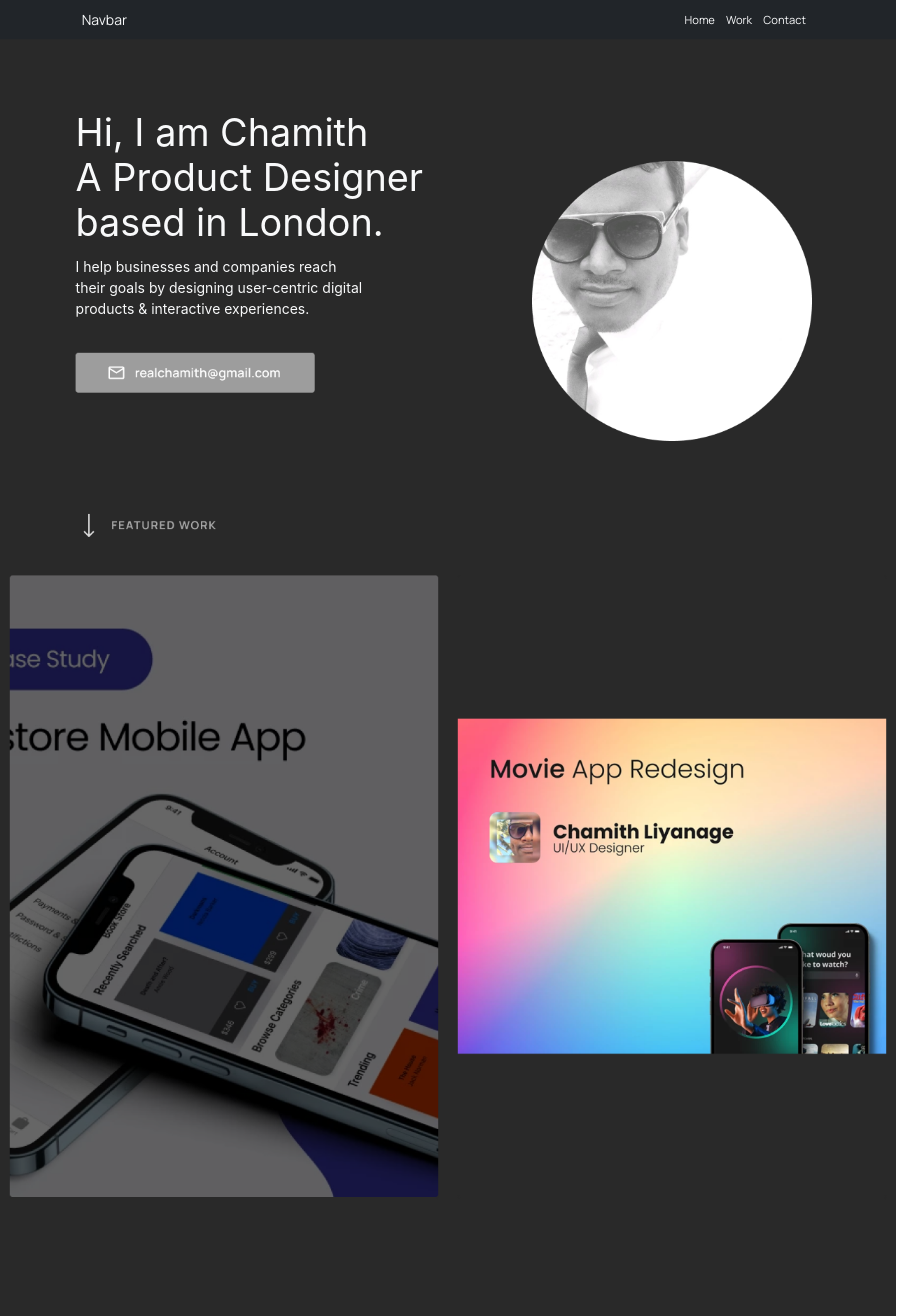
Repository: Realchamithweb/chamith-html
Page: index.html
These files come from the project's save history. The page is drawn as it stood at one moment and after the next save; the edit follows.
The browser window is 1280 px wide. The page is 1292 px wide, so the pictures cover 1292 px, including what lies to the right of the window. The pictures show the part of the page from y = 0 to 1880 px (the page is 4207 px tall before and 4169 px after), at 70% of full size.

Above is the page before, as saved 2023-01-04 16:28:53.

### index.html
<!doctype html>
<html lang="en">
  <head>
    <!-- Required meta tags -->
    <meta charset="utf-8">
    <meta name="viewport" content="width=device-width, initial-scale=1">
    <link rel="stylesheet" href="/css/style.css">
    <link rel="script" href="/js/main.js">
    <!-- Bootstrap CSS -->
    <link href="https://cdn.jsdelivr.net/npm/bootstrap@5.0.2/dist/css/bootstrap.min.css" rel="stylesheet" integrity="sha384-EVSTQN3/azprG1Anm3QDgpJLIm9Nao0Yz1ztcQTwFspd3yD65VohhpuuCOmLASjC" crossorigin="anonymous">
    <link rel="stylesheet" href="https://fonts.googleapis.com/css?family=Manrope">
    <title>Hello, world!</title>
  </head>
  <body>
    <div class="main">
            <div class="head">
                <nav class="navbar navbar-expand-lg navbar-light bg-dark">
                    <div class="container-fluid">
                        <div class="col-md-1"></div>
                    <a class="navbar-brand col-md-8 text-light" href="#">Navbar</a>
                    <button class="navbar-toggler" type="button" data-bs-toggle="collapse" data-bs-target="#navbarNavDropdown" aria-controls="navbarNavDropdown" aria-expanded="false" aria-label="Toggle navigation">
                        <span class="navbar-toggler-icon"></span>
                    </button>
                    <div class="collapse navbar-collapse" id="navbarNavDropdown">
                        <ul class="navbar-nav">
                        <li class="nav-item">
                            <a class="nav-link active text-light" aria-current="page" href="#">Home</a>
                        </li>
                        <li class="nav-item">
                            <a class="nav-link text-light" href="/work.html">Work</a>
                        </li>
                        <li class="nav-item">
                            <a class="nav-link text-light" href="/contact.html">Contact</a>
                        </li>
                        </ul>
                    </div>
                    </div>
                </nav>
            </div>

            <section>
            <div class="hero">
                <div class="container-fluid">
                    <div class="row">
                        <div class="col-lg-6">
                            <p class="hero-title text-light mt-5">Hi, I am Chamith<br>
                                A Product Designer<br>
                                based in London.
                            </p>
                            <p class="hero-text text-light mt-2">
                                I help businesses and companies reach <br>
                                their goals by designing user-centric digital <br>
                                products & interactive experiences.
                            </p>
                            <div class="mt-5">
                                <img src="/inc/Btn.png" class="hero-btn">
                            </div>
                        </div>
                        <div class="col-lg-6 d-flex justify-content-center mt-4">
                            <img src="/inc/unsplash_XHVpWcr5grQ.png"" class="hero-img">
                        </div>
                    </div>
                </div>
            </div>
            </section>
            <section>
            <div class="Featured-Work">
                <div class="container-fluid">
                    <div class="row mt-5">
                        <div class="col-lg-1  mb-5"></div>
                        <div class="col-lg-10  mb-5 mt-5">
                            <img src="/inc/Featured.png" class="img00">
                        </div>
                        <div class="col-lg-6 d-flex justify-content-center">
                            <img src="/inc/unsplash_mxPiMiz7KCo.png" class="img01">

                        </div>
                        <div class="col-lg-6 d-flex justify-content-center">
                            <img src="/inc/unsplash_g-pKprPg5yw.png" class="img02">
                        </div>
                    </div>
                </div>
                <div class="container-fluid">
                    <div class="row">
                        <div class="col-lg-6 d-flex justify-content-center">
                            <img src="/inc/unsplash_pqzRfBhd9r0.png" class="img01">
                        </div>
                        <div class="col-lg-6 d-flex justify-content-center">
                            <img src="/inc/unsplash_x-HpilsdKEk.png" class="img01">
                        </div>
                    </div>
                </div>
            </div>
            </section>
            <section>
                <div class="Visual-Explorations mb-5">
                    <div class="container-fluild">
                        <div class="row">
                            <div class="col-lg-12 d-flex justify-content-center text-light h1 mt-5 mb-5">Visual Explorations</div>
                            <div class="col-lg-4 d-flex justify-content-center">
                                <img src="/inc/unsplash_fd6K_OFlnRA.png" class="img01">
                            </div>
                            <div class="col-lg-4 d-flex justify-content-center">
                                <img src="/inc/unsplash_Glel-RswQqM.png" class="img01">
                            </div>
                            <div class="col-lg-4 d-flex justify-content-center">
                                <img src="/inc/unsplash_pPTw_RTkvXQ.png" class="img01">
                            </div>
                        </div>
                    </div>
                </div>
            </section>
            <section>
                <div class="Personal-Projects">
                    <div class="container-fluild">
                        <div class="row">
                            <div class="col-lg-12 d-flex justify-content-center text-light h1 mt-5">Personal Projects</div>
                            <div class="col-lg-4 d-flex justify-content-center">
                                <img src="/inc/Rectangle 4.png" class="img01">
                            </div>
                            <div class="col-lg-4 d-flex justify-content-center">
                                <img src="/inc/Rectangle 4-1.png" class="img01">
                            </div>
                            <div class="col-lg-4 d-flex justify-content-center">
                                <img src="/inc/Rectangle 4-2.png" class="img01">
                            </div>
                        </div>
                    </div>
                </div>
            </section>
            <section>
                <div class="contact-me">
                    <div class="container-fluild">
                        <div class="row">
                                <h2 class="text-light d-flex justify-content-center mb-5">Contact Me</h2>
                                <p class="text-light d-flex text-center justify-content-center h5 mb-5">If you are looking to hire a product designer,<br>
                                    I’m currently available for freelance work</p>
                                <div class="col-lg-12 d-flex justify-content-center mb-5">
                                    <img src="/inc/Btn.png" class="img02">
                                </div>
                        </div>
                    </div>
                </div>
            </section>
            <section>
                <div class="footer">
                    <div class="container-fluild">
                        <div class="row">
                            <hr class="text-light">
                            <div class="col-lg-4 text-center text-light mb-3">Made by Chamith — Copyright 2022</div>
                            <div class="col-lg-4 mb-3"></div>
                            <div class="col-lg-4 mb-3"><img src="/inc/Icons.png" class="img02"></div>
                        </div>
                    </div>
                </div>
            </section>

    </div>




    <!-- Optional JavaScript; choose one of the two! -->

    <!-- Option 1: Bootstrap Bundle with Popper -->
    <script src="https://cdn.jsdelivr.net/npm/bootstrap@5.0.2/dist/js/bootstrap.bundle.min.js" integrity="sha384-MrcW6ZMFYlzcLA8Nl+NtUVF0sA7MsXsP1UyJoMp4YLEuNSfAP+JcXn/tWtIaxVXM" crossorigin="anonymous"></script>

    <!-- Option 2: Separate Popper and Bootstrap JS -->
    <!--
    <script src="https://cdn.jsdelivr.net/npm/@popperjs/core@2.9.2/dist/umd/popper.min.js" integrity="sha384-IQsoLXl5PILFhosVNubq5LC7Qb9DXgDA9i+tQ8Zj3iwWAwPtgFTxbJ8NT4GN1R8p" crossorigin="anonymous"></script>
    <script src="https://cdn.jsdelivr.net/npm/bootstrap@5.0.2/dist/js/bootstrap.min.js" integrity="sha384-cVKIPhGWiC2Al4u+LWgxfKTRIcfu0JTxR+EQDz/bgldoEyl4H0zUF0QKbrJ0EcQF" crossorigin="anonymous"></script>
    -->
  </body>
</html>

### css/style.css
.main{
    background-color: #292929;
    font-family: 'Manrope', serif;

}

.hero{
    margin-top: 54px;
}

.hero-img{
    margin-top: 6em;
}

.hero-title{
    font-family: 'Inter';
    font-style: normal;
    font-weight: 400;
    font-size: 54px;
    line-height: 64px;
    margin-left: 96px;
}

.hero-text{
    font-family: 'Inter';
    font-style: normal;
    font-weight: 400;
    font-size: 20px;
    line-height: 30px;
    margin-left: 96px;
}

.hero-btn{
    margin-left: 96px;
}
/*
.hero-title{
    position: absolute;
    width: 824px;
    height: 192px;
    left: 96px;
    top: 240px;

    font-family: 'Inter';
    font-style: normal;
    font-weight: 400;
    font-size: 54px;
    line-height: 64px;
    color: #000000;
}

.hero-text{
    position: absolute;
    width: 824px;
    height: 90px;
    left: 96px;
    top: 456px;

    font-family: 'Inter';
    font-style: normal;
    font-weight: 400;
    font-size: 20px;
    line-height: 30px;
    /* or 150% */
    /* color: #000000
}

.hero-btn{
    box-sizing: border-box;
    position: absolute;
    width: 341.57px;
    height: 57px;
    left: 96px;
    top: 634px;

    background: #FFFFFF;
    border: 1px solid #000000;
    border-radius: 4px;
}

.f-row{
    display: flex;
    flex-direction: row;
    justify-content: center;
    align-items: center;
    padding: 8px;
    gap: 32px;

    position: absolute;
    height: 48px;
    left: 96px;
    top: 836px;
}

.img00{
    display: flex;
    flex-direction: row;
    justify-content: center;
    align-items: center;
    padding: 8px;
    gap: 32px;

    position: absolute;
    width: 198px;
    height: 48px;
    left: 96px;
    top: 836px;

}

.img01{
    position: absolute;
    width: 612px;
    height: 888px;
    left: 96px;
    top: 964px;
    border-radius: 4px;
}

.img01:hover{
    background: linear-gradient(0deg, rgba(0, 0, 0, 0.6), rgba(0, 0, 0, 0.6)), url("/inc/Bookstore.png"), #292929;
}

.img02{
    position: absolute;
    width: 612px;
    height: 888px;
    left: 732px;
    top: 1102px;

    background: url(3ffea8135910975.Y3JvcCwxMDgwLDg0NCwwLDExNw.png), #292929;
    border-radius: 4px;
}  */

After the next save:
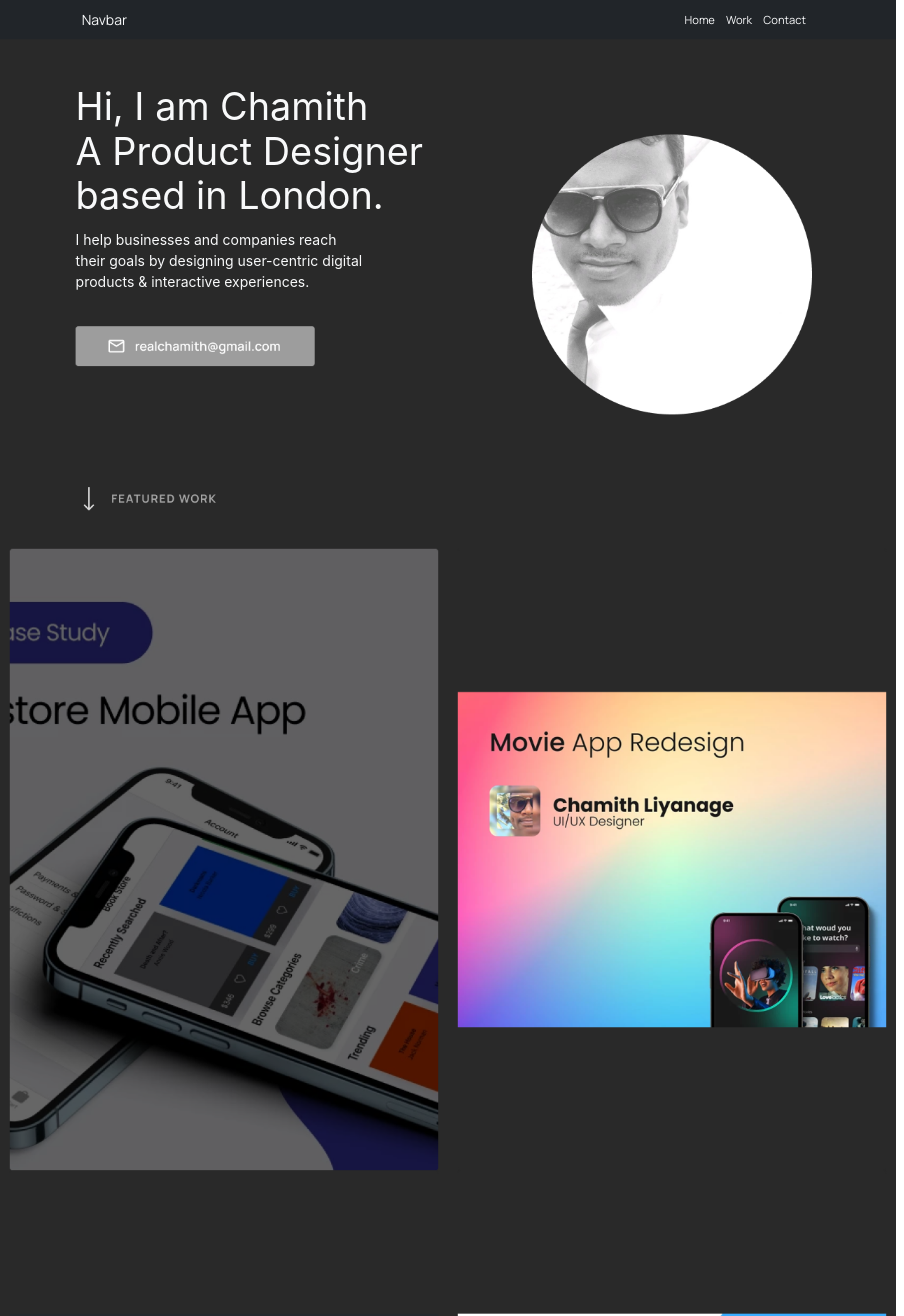
Saved 87 s later.
--- a/css/style.css
+++ b/css/style.css
@@ -5,7 +5,7 @@
 }
 
 .hero{
-    margin-top: 54px;
+    margin-top: 16px;
 }
 
 .hero-img{
